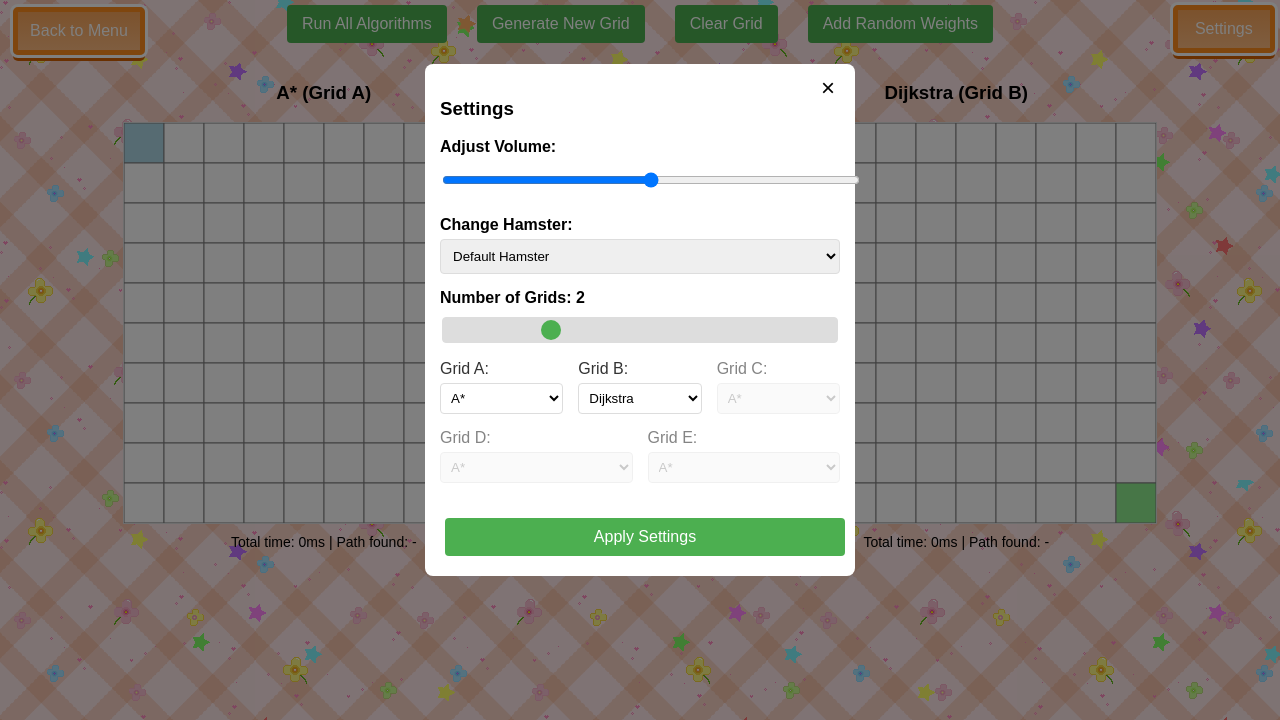
Repository: ramosfranz/Hamster-Crossing
Page: game.html
An editor plug-in stored every save of this project. The page is shown before and after the next save, followed by the edit.
The browser window is 1280 px wide. The pictures show the whole page.
After loading, the first visible `#settingsButton` was clicked once.
Some web fonts or font styles are not loaded; a fallback is used.

Above is the page before, as saved 2025-05-05 13:50:13.

### game.html
<!DOCTYPE html>
<html lang="en">
<head>
    <meta charset="UTF-8">
    <meta name="viewport" content="width=device-width, initial-scale=1.0">
    <link rel="preconnect" href="https://fonts.googleapis.com">
    <link rel="preconnect" href="https://fonts.gstatic.com" crossorigin>
    <link href="https://fonts.googleapis.com/css2?family=Jersey+10+Charted&family=Jersey+20&family=Jersey+25+Charted&display=swap" rel="stylesheet">
    <title>Hamster Crossing</title>
    <link rel="icon" type="image/x-icon" href="assets/images/favicon.ico">
    <link rel="stylesheet" href="styles.css">
</head>
<body>
    <div class="header-buttons">
        <a class="pixelButton" id="backButton" href="menu.html">Back to Menu</a>
        <button class="pixelButton" id="settingsButton">Settings</button>
    </div>

    <!-- Settings Popup -->
    <div id="settingsPopup" class="popup">
        <div class="popup-content">
            <span class="close-popup">&times;</span>
            <h3>Settings</h3>

            <div class="setting-item">
                <label for="volumeSlider">Adjust Volume:</label>
                <input type="range" id="volumeSlider" min="0" max="100" value="50">
            </div>

            <div class="setting-item">
                <label for="hamsterDropdown">Change Hamster:</label>
                <select id="hamsterDropdown">
                    <option value="hamster1">Default Hamster</option>
                    <option value="hamster2">Speedy Hamster</option>
                    <option value="hamster3">Colorful Hamster</option>
                </select>
            </div>

            <div class="setting-item">
                <label>Number of Grids: <span class="grid-count-value">2</span></label>
                <div class="grid-count-container">
                    <input type="range" id="gridCount" min="1" max="5" value="2">
                </div>
            </div>

            <div id="gridSettings">
                <!-- Grid settings will be added here dynamically -->
            </div>

            <button id="applySettings">Apply Settings</button>
        </div>
    </div>
    <div id="controls">
        <button id="runButton">Run All Algorithms</button>
        <button id="generateButton">Generate New Grid</button>
        <button id="clearButton">Clear Grid</button>
        <button id="addWeightsButton">Add Random Weights</button>
    </div>

    <button id="stopButton">Stop and Clear Searching</button>

    <div id="grids-container">
        <!-- Grids will be added here dynamically -->
    </div>

    <!--<script src="pathfind.js" type="module"></script>
    <script src="settingsPopUp.js"  type="module"></script>
    <script src="algorithms.js"  type="module"></script> -->
    <script type="module" src="js/app.js"></script>
</body>
</html>

### styles.css
html, body {
    font-family: "Jersey 20", sans-serif;
    margin: 0;
    padding: 0;
    height: 100%;
    scroll-behavior: smooth;
    background-image:url(assets/images/backgrounds/bg_try.gif), url(assets/images/backgrounds/bg_tryA.gif), url(assets/images/backgrounds/bg_hamu.png);
    background-size: auto, auto, 20%;
    background-repeat: auto, auto, space;
    image-rendering: pixelated;
}

.home {
    display: flex;
    flex-direction: column;
    justify-content: center;
    align-items: center;
    height: 100%;
    text-align: center;
}

#logo {
    width: 40%;
    max-height: 100%;
    margin-bottom: 0.5%;
    image-rendering: pixelated;
}

.pixelButton {
    padding: 10px 5%;
    margin-bottom: 3%;
    font-size: 1.5rem;
    color: #fff;
    border: 5px solid #ff8e1c;
    border-radius: 4px;
    background: linear-gradient(to bottom, #f9a65a, #ffbc80);
    box-shadow:
        0 0 0 3px #fff,
        0 6px #d36102;
    cursor: pointer;
    text-align: center;
    font-family: "Jersey 20", sans-serif;
    width: 100%;
    transition: transform 0.1s ease, box-shadow 0.1s ease;
    image-rendering: pixelated;
}

.pixelButton:hover {
    background: linear-gradient(to bottom, #ffa9b8, #ff605f);
    border-color: #ff1a14;
}

.pixelButton:active {
    transform: translateY(4px);
    box-shadow: 0 0 #000;
}


.menu {
    margin-bottom: 20px;
}
button {
    padding: 10px 20px;
    font-size: 16px;
    margin: 5px;
    cursor: pointer;
}

#controls {
    display: flex;
    justify-content: center;
    gap: 20px;
    flex-wrap: wrap;
}
#grids-container {
    display: flex;
    flex-wrap: wrap;
    justify-content: center;
    gap: 20px;
}
.canvas-container {
    display: flex;
    flex-direction: column;
    align-items: center;
    position: relative;
}
.timer {
    margin-top: 10px;
    font-size: 14px;
    text-align: center;
}
#warning {
    color: red;
    font-weight: bold;
    margin: 10px 0;
    text-align: center;
}
#stopButton {
    display: none;
    padding: 10px;
    background-color: red;
    color: white;
    border: none;
    cursor: pointer;
    border-radius: 5px;
    margin: 0 auto;
}
#backButton {
    width: 8%;
    position: fixed;
    left: 1%;
    top: 1%;
    padding: 10px;
    cursor: pointer;
    text-decoration: none;
    font-size: 16px;
    border-radius: 5px;
}

#settingsButton {
    position: fixed;
    width: 8%;
    right: -0%;
    padding: 10px;
    border-radius: 5px;
    cursor: pointer;
    font-size: 16px;
}

button {
    padding: 10px 15px;
    background-color: #4CAF50;
    color: white;
    border: none;
    border-radius: 4px;
    cursor: pointer;
    font-size: 16px;
}
button:hover {
    background-color: #45a049;
}
button:disabled {
    background-color: #cccccc;
    cursor: not-allowed;
}
.weight {
    position: absolute;
    font-size: 10px;
    font-weight: bold;
    color: black;
    pointer-events: none;
}

.header-buttons {
    display: flex;
    justify-content: space-between;
}


.popup {
    display: none;
    position: fixed;
    top: 0;
    left: 0;
    width: 100%;
    height: 100%;
    background-color: rgba(0,0,0,0.5);
    z-index: 1000;
}

.popup-content {
    background-color: white;
    margin: 10% auto;
    padding: 20px;
    width: 50%;
    max-width: 500px;
    border-radius: 8px;
    position: relative;
}

.close-popup {
    position: absolute;
    top: 10px;
    right: 20px;
    font-size: 24px;
    cursor: pointer;
}

.setting-item {
    margin: 15px 0;
}

.setting-item label {
    display: block;
    margin-bottom: 5px;
    font-weight: bold;
}

.setting-item input[type="range"],
.setting-item select,
.setting-item input[type="number"] {
    width: 100%;
    padding: 8px;
    border: 1px solid #ddd;
    border-radius: 4px;
}

#applySettings {
    margin-top: 20px;
    padding: 10px 15px;
    background-color: #4CAF50;
    color: white;
    border: none;
    border-radius: 4px;
    cursor: pointer;
    width: 100%;
}

#applySettings:hover {
    background-color: #45a049;
}

.grid-algorithm-select {
    margin-top: 10px;
}


.popup-content {
    width: 90%;
    max-width: 400px;
    margin: 5% auto;
    padding: 15px;
}

#gridCount {
    width: 100%;
    margin-top: 5px;
}

.grid-count-container {
    display: flex;
    align-items: center;
    gap: 10px;
}

.grid-count-value {
    font-weight: bold;
}

#grids-container {
    display: grid;
    grid-template-columns: repeat(auto-fit, minmax(200px, 1fr));
    gap: 15px;
    padding: 15px;
    width: 100%;
    box-sizing: border-box;
    justify-content: center;
}

/* Grid selection layout */
.grid-selection-row {
    display: flex;
    gap: 15px;
    margin-bottom: 15px;
}

.grid-selection-item {
    flex: 1;
    min-width: 120px;
}

.grid-selection-item.disabled {
    opacity: 0.6;
    pointer-events: none;
}

.grid-selection-item label {
    display: block;
    margin-bottom: 5px;
    color: #333;
}

.grid-selection-item select {
    width: 100%;
    padding: 6px;
    border: 1px solid #ddd;
    border-radius: 4px;
    background: white;
}

.grid-selection-item.disabled select {
    background: #f5f5f5;
}

.canvas-container {
    position: relative;
    width: 100%;
    max-width: 400px;
    margin: 0 auto;
}


.canvas-container canvas {
    width: 100%;
    height: auto;
    aspect-ratio: 1;
    border: 1px solid #ddd;
}

@media (max-width: 600px) {
    #grids-container {
        grid-template-columns: 1fr;
    }

    .popup-content {
        width: 90%;
        margin: 20px auto;
    }
}

@media (min-width: 601px) and (max-width: 1200px) {
    #grids-container {
        grid-template-columns: repeat(auto-fit, minmax(250px, 1fr));
    }
}

/* Modify existing grid count input */
#gridCount[type="range"] {
    -webkit-appearance: none;
    width: 100%;
    height: 8px;
    background: #ddd;
    border-radius: 4px;
}

#gridCount[type="range"]::-webkit-slider-thumb {
    -webkit-appearance: none;
    width: 20px;
    height: 20px;
    background: #4CAF50;
    border-radius: 50%;
    cursor: pointer;
}

### js/app.js
import { initializeGrid } from './gridManager.js';
import { setupEventListeners, renderGrids } from './domManager.js';

export function init() {
    setupEventListeners();
    renderGrids();
    initializeGrid();
}

document.addEventListener('DOMContentLoaded', init);

### js/domManager.js
import { settings, setSearchInProgress, resetTimers, timers, searchInProgress} from './stateManager.js';
import { initializeGrid, generateRandomGrid, addRandomWeights, setGoal, getGrid, start, getGoal, getStart, rows, cols } from './gridManager.js';
import { animateAStar } from './algorithms/aStar.js';
import { animateDijkstra } from './algorithms/dijkstra.js';
import { animateBFS } from './algorithms/bfs.js';
import { animateDFS } from './algorithms/dfs.js';
import { animateBellmanFord } from './algorithms/bellmanFord.js';
import { registerCanvas, drawGrid, ctx, canvases } from './visualizer.js';

const domElements = {
    settingsButton: document.getElementById('settingsButton'),
    settingsPopup: document.getElementById('settingsPopup'),
    closePopup: document.querySelector('.close-popup'),
    applySettings: document.getElementById('applySettings'),
    gridCountInput: document.getElementById('gridCount'),
    gridSettings: document.getElementById('gridSettings'),
    gridsContainer: document.getElementById('grids-container'),
    runButton: document.getElementById('runButton'),
    generateButton: document.getElementById('generateButton'),
    clearButton: document.getElementById('clearButton'),
    addWeightsButton: document.getElementById('addWeightsButton'),
    stopButton: document.getElementById('stopButton'),
    warning: document.getElementById('warning')
};

export function setupEventListeners() {
    domElements.settingsButton.addEventListener('click', () => {
        domElements.settingsPopup.style.display = 'block';
        updateSettingsUI();
    });

    domElements.closePopup.addEventListener('click', () => {
        domElements.settingsPopup.style.display = 'none';
    });

    domElements.applySettings.addEventListener('click', applyNewSettings);
    domElements.gridCountInput.addEventListener('change', updateGridSettingsUI);
    domElements.runButton.addEventListener('click', runAlgorithms);
    domElements.generateButton.addEventListener('click', generateRandomGrid);
    domElements.clearButton.addEventListener('click', initializeGrid);
    domElements.addWeightsButton.addEventListener('click', addRandomWeights);
    domElements.stopButton.addEventListener('click', stopSearching);

    window.addEventListener('click', (event) => {
        if (event.target === domElements.settingsPopup) {
            domElements.settingsPopup.style.display = 'none';
        }
    });

    // Add to setupEventListeners:
    window.addEventListener('resize', () => {
        drawGrid();
        setupCanvasEventListeners();
    });
}

function updateSettingsUI() {
    document.getElementById('volumeSlider').value = settings.volume;
    document.getElementById('hamsterDropdown').value = settings.hamster;
    domElements.gridCountInput.value = settings.gridCount;
    updateGridSettingsUI();
}

function updateGridSettingsUI() {
    const count = parseInt(domElements.gridCountInput.value);
    domElements.gridSettings.innerHTML = '';
    document.querySelector('.grid-count-value').textContent = count;

    // Create two rows
    const row1 = document.createElement('div');
    row1.className = 'grid-selection-row';
    const row2 = document.createElement('div');
    row2.className = 'grid-selection-row';

    // Create 5 grid selectors
    for (let i = 0; i < 5; i++) {
        const gridDiv = document.createElement('div');
        gridDiv.className = `grid-selection-item ${i >= count ? 'disabled' : ''}`;

        const label = document.createElement('label');
        label.textContent = `Grid ${String.fromCharCode(65 + i)}:`;

        const select = document.createElement('select');
        select.id = `gridAlgorithm${i}`;
        select.disabled = i >= count;

        algorithms.forEach(algorithm => {
            const option = document.createElement('option');
            option.value = algorithm.id;
            option.textContent = algorithm.name;
            select.appendChild(option);
        });

        if (settings.gridAlgorithms[i]) select.value = settings.gridAlgorithms[i];

        gridDiv.appendChild(label);
        gridDiv.appendChild(select);

        // Add to appropriate row
        if (i < 3) {
            row1.appendChild(gridDiv);
        } else {
            row2.appendChild(gridDiv);
        }
    }

    domElements.gridSettings.appendChild(row1);
    domElements.gridSettings.appendChild(row2);
}

function applyNewSettings() {
    settings.volume = parseInt(document.getElementById('volumeSlider').value);
    settings.hamster = document.getElementById('hamsterDropdown').value;
    settings.gridCount = parseInt(domElements.gridCountInput.value);

    settings.gridAlgorithms = [];
    for (let i = 0; i < settings.gridCount; i++) {
        const select = document.getElementById(`gridAlgorithm${i}`);
        if (select) settings.gridAlgorithms.push(select.value);
    }

    renderGrids();
    domElements.settingsPopup.style.display = 'none';
}

export function renderGrids() {
    domElements.gridsContainer.innerHTML = '';
    resetTimers();

    const containerWidth = domElements.gridsContainer.offsetWidth;
    const gridCount = settings.gridCount;
    const maxCanvasSize = Math.min(400, (containerWidth - 30 * (gridCount - 1)) / gridCount);

    for (let i = 0; i < settings.gridCount; i++) {
        const algorithmId = settings.gridAlgorithms[i] || 'aStar';
        const gridId = `${algorithmId}_${i}`;

        const gridDiv = document.createElement('div');
        gridDiv.className = 'canvas-container';

        const algorithm = algorithms.find(a => a.id === algorithmId) || { name: 'Unknown' };
        const heading = document.createElement('h3');
        heading.textContent = `${algorithm.name} (Grid ${String.fromCharCode(65 + i)})`;

        const canvas = document.createElement('canvas');
        canvas.id = gridId;
        canvas.width = maxCanvasSize;
        canvas.height = maxCanvasSize;


        const timer = document.createElement('div');
        timer.className = 'timer';
        timer.id = `${gridId}_timer`;
        timer.textContent = 'Total time: 0ms | Path found: -';

        gridDiv.appendChild(heading);
        gridDiv.appendChild(canvas);
        gridDiv.appendChild(timer);
        domElements.gridsContainer.appendChild(gridDiv);

        registerCanvas(gridId, canvas);
        timers[gridId] = timer;
    }
    drawGrid();
    setupCanvasEventListeners();
}

window.addEventListener('resize', () => {
    renderGrids();
});

function setupCanvasEventListeners() {
    for (const algorithmId in canvases) {
        const canvas = canvases[algorithmId];
        canvas.addEventListener('click', (event) => handleCanvasClick(event, algorithmId));
        canvas.addEventListener('mousedown', (event) => handleCanvasMouseDown(event, algorithmId));
        canvas.addEventListener('mousemove', (event) => handleCanvasMouseMove(event, algorithmId));
        canvas.addEventListener('mouseup', handleCanvasMouseUp);
    }
}

function handleCanvasClick(event, ctxKey) {
    if (searchInProgress) return;
    const canvas = canvases[ctxKey];
    const rect = canvas.getBoundingClientRect();
    const cellSize = canvas.width / cols; // Add this line
    const x = Math.floor((event.clientX - rect.left) / cellSize);
    const y = Math.floor((event.clientY - rect.top) / cellSize);
    const grid = getGrid();
    const goal = getGoal();

    if ((x === start.x && y === start.y) || (x === goal.x && y === goal.y)) return;

    grid[y][x].wall = !grid[y][x].wall;
    if (grid[y][x].wall) {
        grid[y][x].weight = 1;
    }
    drawGrid();
}
let draggingGoal = false;
function handleCanvasMouseDown(event, ctxKey) {
    if (searchInProgress) return;
    const canvas = canvases[ctxKey];
    const rect = canvas.getBoundingClientRect();
    const cellSize = canvas.width / cols; // Add this line
    const x = Math.floor((event.clientX - rect.left) / cellSize);
    const y = Math.floor((event.clientY - rect.top) / cellSize);
    const goal = getGoal();

    if (x === goal.x && y === goal.y) {
        draggingGoal = true;
    }
}

function handleCanvasMouseMove(event, ctxKey) {
    if (!draggingGoal || searchInProgress) return;
    const canvas = canvases[ctxKey];
    const rect = canvas.getBoundingClientRect();
    const cellSize = canvas.width / cols;
    const x = Math.floor((event.clientX - rect.left) / cellSize);
    const y = Math.floor((event.clientY - rect.top) / cellSize);
    const grid = getGrid();
    const start = getStart(); // Should come from gridManager

    // Add this check for grid boundaries
    if (x >= 0 && x < cols && y >= 0 && y < rows) {
        const currentCell = grid[y][x];
        if (!currentCell.wall && (x !== start.x || y !== start.y)) {
            // Clear old goal cell
            const oldGoal = getGoal();
            grid[oldGoal.y][oldGoal.x] = {
                ...grid[oldGoal.y][oldGoal.x],
                wall: false,
                weight: 1
            };

            // Update to new goal
            setGoal({ x, y });

            // Mark new goal cell
            grid[y][x] = {
                ...grid[y][x],
                wall: false,
                weight: 1
            };

            drawGrid();
        }
    }
}
function handleCanvasMouseUp() {
    draggingGoal = false;
}


async function runAlgorithms() {
    setSearchInProgress(true);
    resetTimers();

    const promises = [];
    for (let i = 0; i < settings.gridCount; i++) {
        const algorithmId = settings.gridAlgorithms[i];
        const gridId = `${algorithmId}_${i}`;

        // Ensure we have valid context and timer
        const canvasContext = ctx[gridId];
        const timerElement = timers[gridId];

        if (!canvasContext || !timerElement) continue;

        switch(algorithmId) {
            case 'aStar':
                promises.push(animateAStar(canvasContext, timerElement));
                break;
            case 'dijkstra':
                promises.push(animateDijkstra(canvasContext, timerElement));
                break;
            case 'bfs':
                promises.push(animateBFS(canvasContext, timerElement));
                break;
            case 'dfs':
                promises.push(animateDFS(canvasContext, timerElement));
                break;
            case 'bellmanFord':
                promises.push(animateBellmanFord(canvasContext, timerElement));
                break;
        }
    }

    await Promise.all(promises);
    setSearchInProgress(false);
}

function stopSearching() {
    setSearchInProgress(false);
    drawGrid();
}

const algorithms = [
    { id: 'aStar', name: 'A*' },
    { id: 'dijkstra', name: "Dijkstra" },
    { id: 'bfs', name: 'Breadth-First Search' },
    { id: 'dfs', name: 'Depth-First Search' },
    { id: 'bellmanFord', name: 'Bellman-Ford' }
];

### js/stateManager.js
export const settings = {
    volume: 50,
    hamster: 'hamster1',
    gridCount: 2,
    gridAlgorithms: ['aStar', 'dijkstra']
};

export let searchInProgress = false;
export const timers = {};

export function setSearchInProgress(value) {
    searchInProgress = value;
}

export function resetTimers() {
    for (const key in timers) {
        timers[key].textContent = "Total time: 0ms | Path found: -";
    }
}

### js/algorithms/dfs.js
import { getNeighbors, sleep } from '../utils.js';
import { getGrid, rows, cols, start, getGoal } from '../gridManager.js';
import { drawPathWithHead } from '../visualizer.js';

export async function animateDFS(ctx, timerElement) {
    const grid = getGrid();
    const goal = getGoal();
    const canvas = ctx.canvas;
    const cellSize = canvas.width / cols;
    const neighbors = getNeighbors(grid, cols, rows);
    const waitSecondsSearch = 100;

    const stack = [start];
    const cameFrom = {};
    const visited = Array(rows).fill().map(() => Array(cols).fill(false));
    visited[start.y][start.x] = true;

    const startTime = performance.now();
    let pathFoundTime = null;

    while (stack.length > 0) {
        const current = stack.pop();

        if (current.x === goal.x && current.y === goal.y) {
            pathFoundTime = performance.now() - startTime;
            timerElement.textContent = `Total time: ${Math.round(performance.now() - startTime)}ms | Path found: Yes`;
            await drawPathWithHead(ctx, cameFrom, current, "red", "purple");
            return;
        }

        ctx.fillStyle = "rgba(255, 0, 0, 0.5)";
        ctx.fillRect(current.x * cellSize, current.y * cellSize, cellSize, cellSize);
        await sleep(waitSecondsSearch);

        for (const neighbor of neighbors(current)) {
            if (!visited[neighbor.y][neighbor.x]) {
                visited[neighbor.y][neighbor.x] = true;
                cameFrom[`${neighbor.x},${neighbor.y}`] = current;
                stack.push(neighbor);
            }
        }

        timerElement.textContent = `Total time: ${Math.round(performance.now() - startTime)}ms | Path found: ${
            pathFoundTime ? Math.round(pathFoundTime) + "ms" : "searching..."
        }`;
    }

    timerElement.textContent = `Total time: ${Math.round(performance.now() - startTime)}ms | Path found: No path`;
}

### js/utils.js
export const sleep = (ms) => new Promise(resolve => setTimeout(resolve, ms));

export const heuristic = (a, b) => Math.abs(a.x - b.x) + Math.abs(a.y - b.y);

export const getNeighbors = (grid, cols, rows) => ({ x, y }) => {
    const neighbors = [];
    if (x > 0 && !grid[y][x - 1].wall) neighbors.push(grid[y][x - 1]);
    if (x < cols - 1 && !grid[y][x + 1].wall) neighbors.push(grid[y][x + 1]);
    if (y > 0 && !grid[y - 1][x].wall) neighbors.push(grid[y - 1][x]);
    if (y < rows - 1 && !grid[y + 1][x].wall) neighbors.push(grid[y + 1][x]);
    return neighbors;
};

Loaded but not shown: js/algorithms/bellmanFord.js (82 lines, source omitted); js/visualizer.js (92 lines, source omitted); js/algorithms/aStar.js (57 lines, source omitted); js/gridManager.js (87 lines, source omitted); js/algorithms/dijkstra.js (54 lines, source omitted); js/algorithms/bfs.js (49 lines, source omitted)

After the next save:
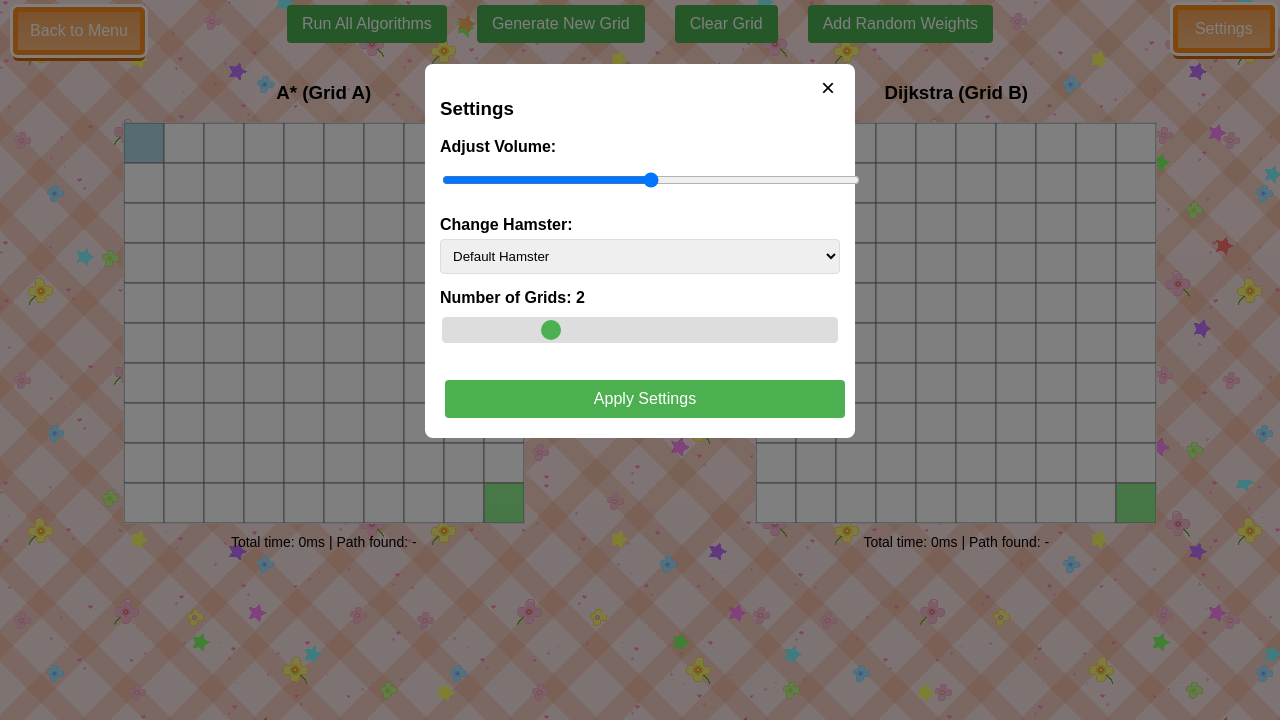
Console error: ReferenceError: updateSettingsUI is not defined
Saved 53 s later.
--- a/js/domManager.js
+++ b/js/domManager.js
@@ -54,13 +54,6 @@ export function setupEventListeners() {
     });
 }
 
-function updateSettingsUI() {
-    document.getElementById('volumeSlider').value = settings.volume;
-    document.getElementById('hamsterDropdown').value = settings.hamster;
-    domElements.gridCountInput.value = settings.gridCount;
-    updateGridSettingsUI();
-}
-
 function updateGridSettingsUI() {
     const count = parseInt(domElements.gridCountInput.value);
     domElements.gridSettings.innerHTML = '';
